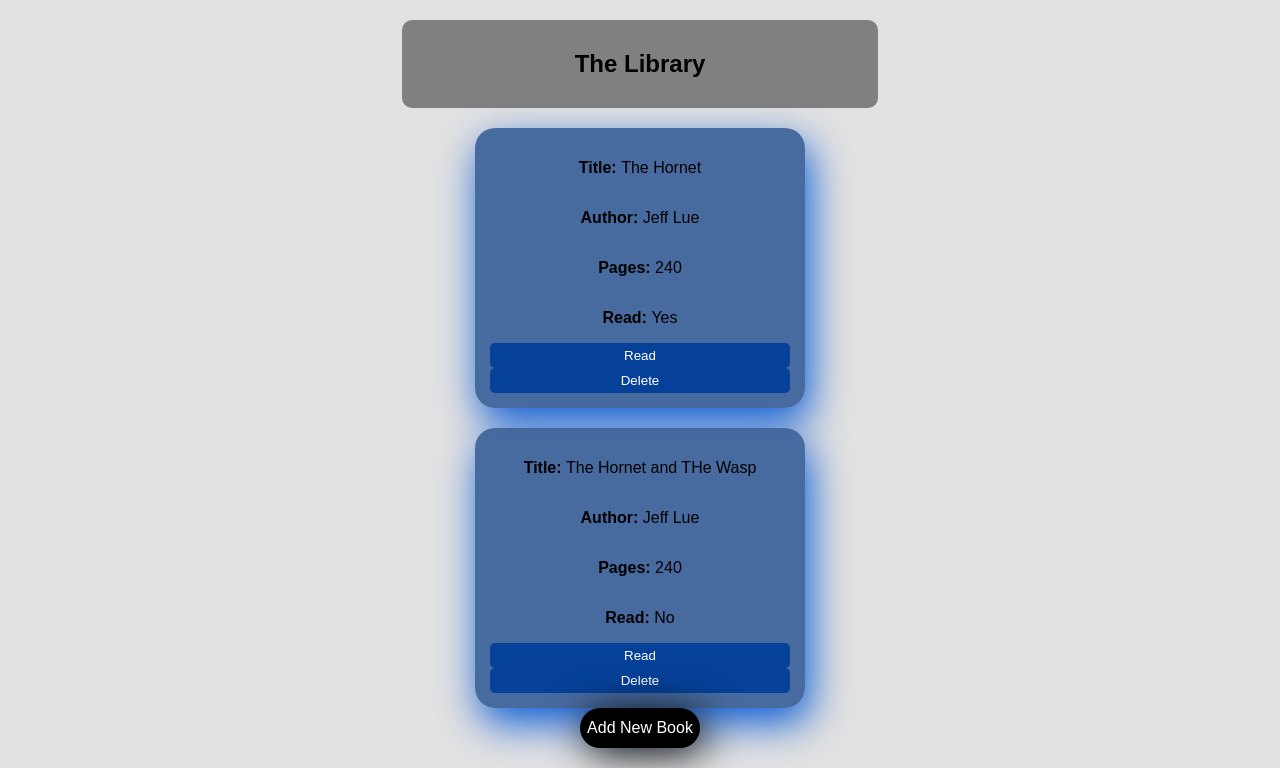
Repository: ErvinClay13/Library
Page: index.html
The author's editor kept a copy of each file at every save. The page is drawn from the files as they stood at one save, then again after a run of saves.
The browser window is 1280 px wide. The pictures show the whole page.

Above is the page before, as saved 2025-01-11 04:57:29.

After the next 2 saves:
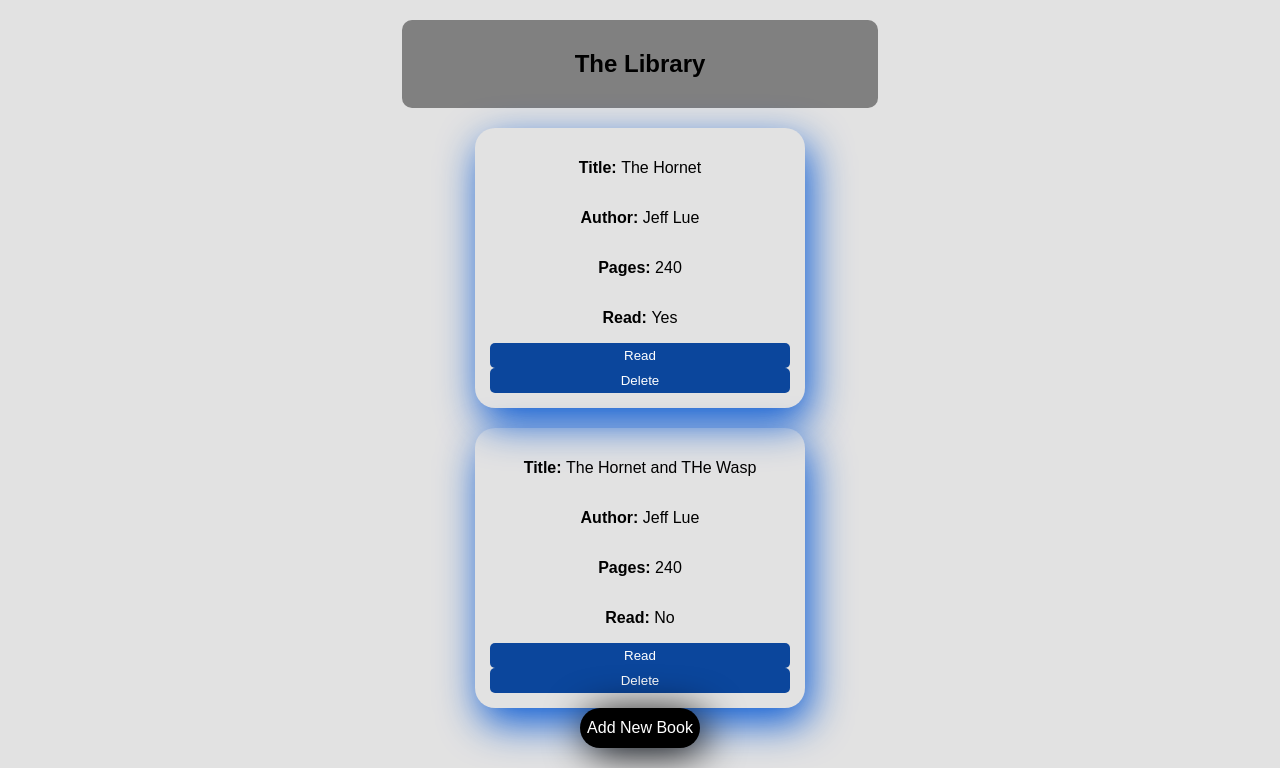
The 2 saves are shown as one change because they came seconds apart.
The last was saved 48 s later.
--- a/style.css
+++ b/style.css
@@ -63,7 +63,8 @@ body {
     text-align: center;
     border-radius: 20px;
     padding: 15px;
-    background-color: #42669df5;
+    /* background-color: #42669df5; */
+
     width: 100%;
     max-width: 300px;
     box-shadow: 5px 15px 40px #0055d4f5;
